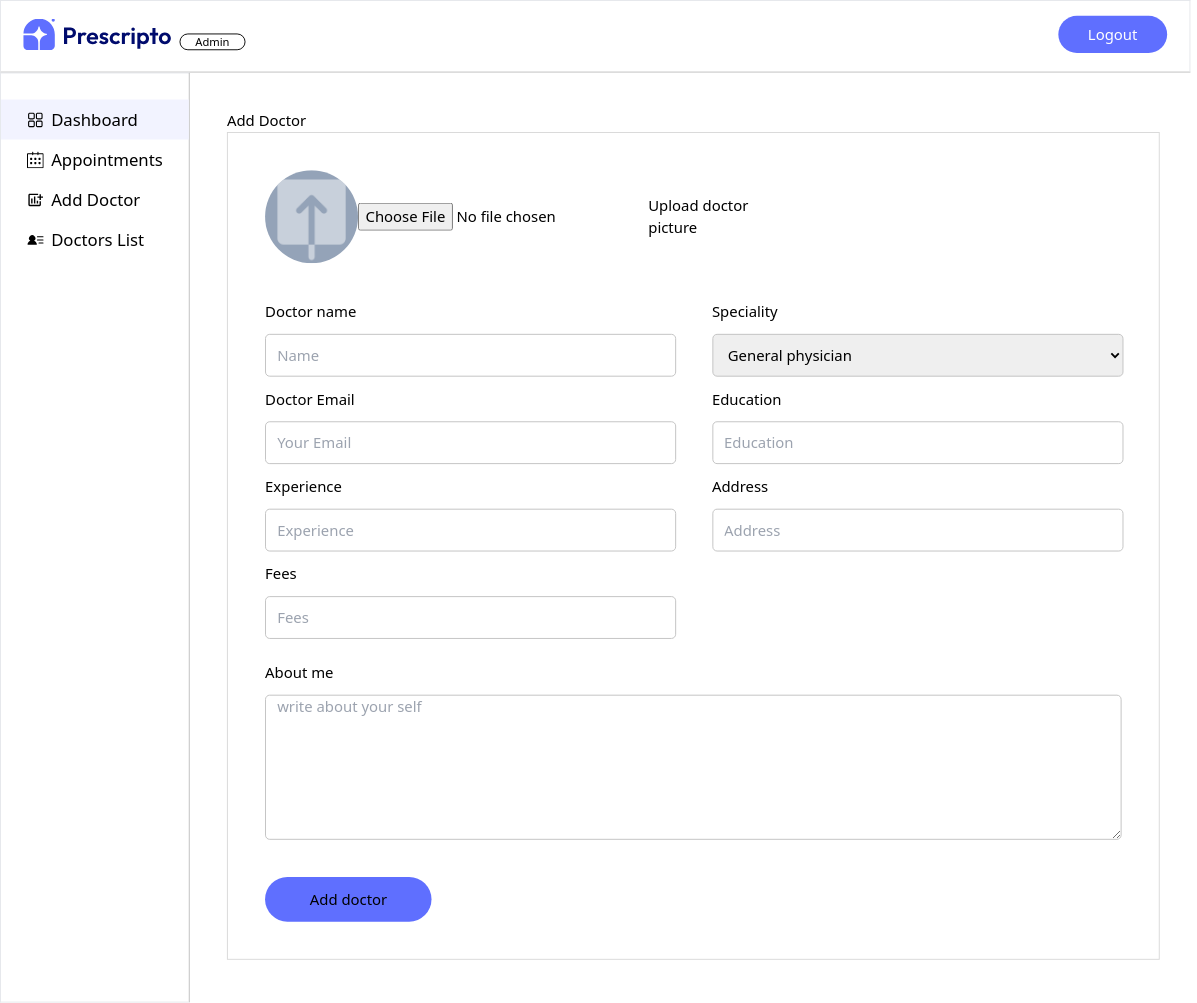
Repository: AzizHamdi99/Prescripto
Page: /addDoctor (app in AdminPanel/)
The author's editor kept a copy of each file at every save. The page is drawn from the files as they stood at one save, then again after the next save.
The browser window is 1280 px wide. The page is 1287 px wide, so the pictures cover 1287 px, including what lies to the right of the window. The pictures show the whole page, at 93% of full size.
The project was rebuilt for these pictures with package versions that can differ from the ones it lists, and the page was loaded fresh each time. Also part of the build but not shown: AdminPanel/vite.config.js.

Above is the page before, as saved 2025-01-02 15:35:17.

After the next save:
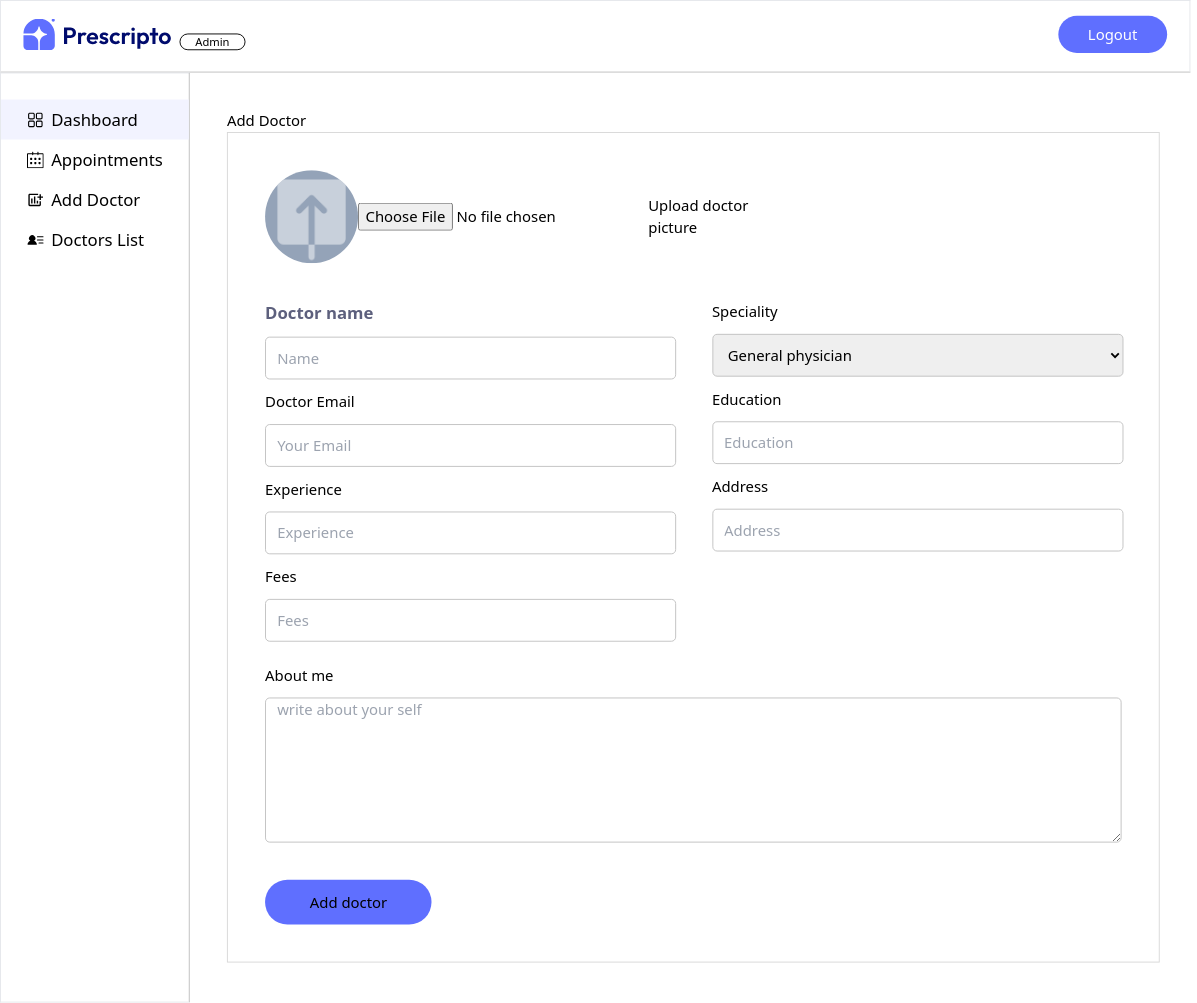
Saved 2 min 5 s later.
--- a/AdminPanel/src/componants/AddDoctor.jsx
+++ b/AdminPanel/src/componants/AddDoctor.jsx
@@ -16,7 +16,7 @@
             <div className='grid grid-cols-2 gap-10 mt-10'>
                 <div className='flex flex-col gap-3'>
 
-                            <label htmlFor="">Doctor name</label>
+                            <label htmlFor="" className='text-[18px] text-[#5D607D] font-semibold'>Doctor name</label>
                             <input type="text" placeholder='Name' className='w-[442px] h-[46px] rounded-[5px] border-[1.5px] border-[#C1C1C1] px-3' />
 
 
